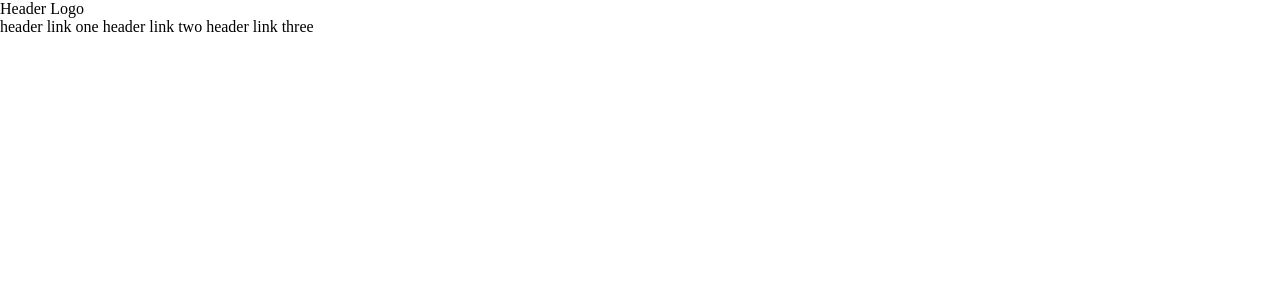
Repository: Grace561/css-exercises
Page: index.html
An editor plug-in stored every save of this project. The page is shown before and after a run of saves, followed by the edit.
The browser window is 1280 px wide. The pictures show the whole page.

Above is the page before, as saved 2025-04-14 13:44:05.

After the next 2 saves:
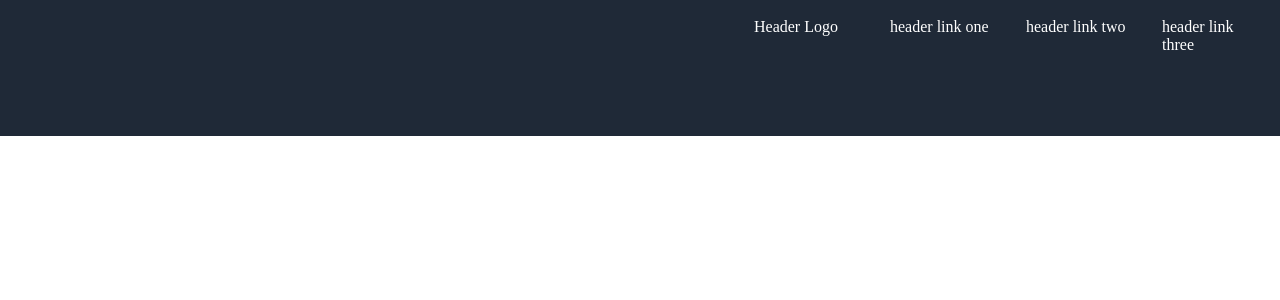
The 2 saves are shown as one change because they came seconds apart.
The last was saved 32 s later.
--- a/index.html
+++ b/index.html
@@ -7,17 +7,13 @@
     <title>Landing-Page</title>
 </head>
 <body>
-    <div class="header">
-        <div class="left">
-        <div class="logo">
-          Header Logo
-        </div>
-    <div class="links">
-        <div class="right" >
-        <div class="header" >
-            header link one
-            header link two
-            header link three
+    <div class="Header Logo">
+    </div>
+    <div class="flex-container">
+        <div class="item">Header Logo</div>
+        <div class="item">header link one</div>
+        <div class="item">header link two</div>
+        <div class="item">header link three</div>
     </div>
 </body>
 </html>
